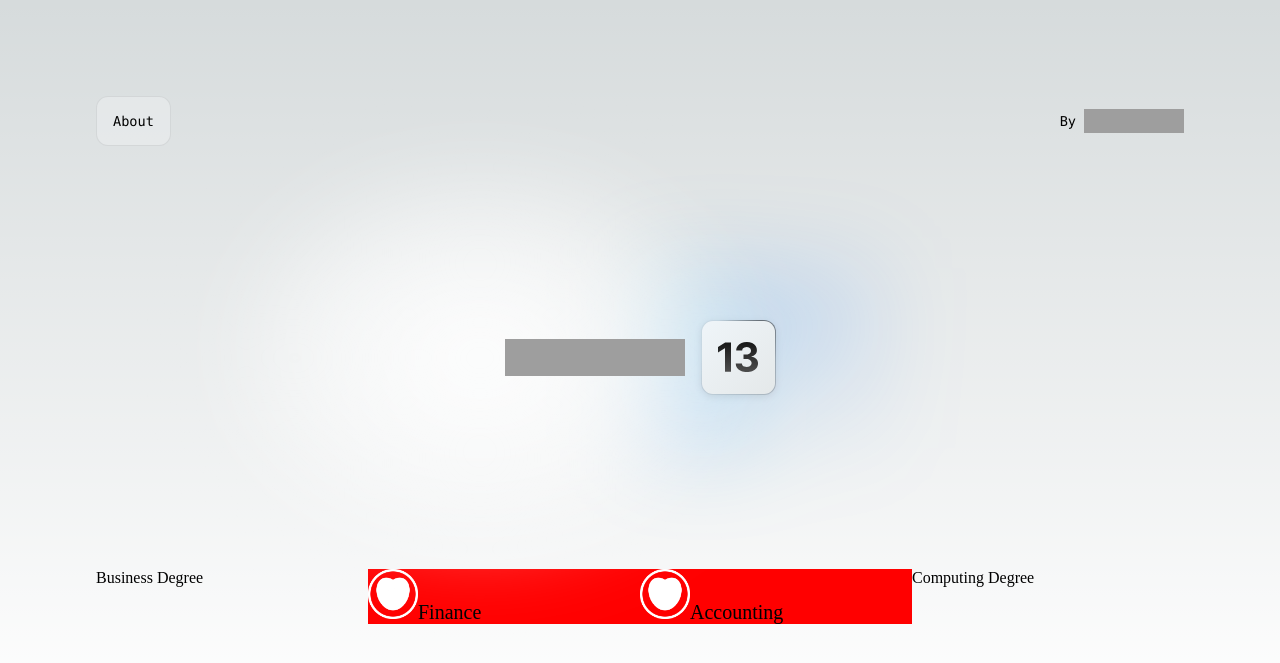
Repository: karthur1/class-example-3
Page: /
These files come from the project's save history. The page is drawn as it stood at one moment and after the next save; the edit follows.
The browser window is 1280 px wide. The pictures show the whole page.
Pictures or frames that could not be fetched are drawn as grey boxes. The project was rebuilt for these pictures with package versions that can differ from the ones it lists, and the page was loaded fresh each time. The framework's server and built-in components were replaced by stand-ins that run in the browser. Also part of the build but not shown: next.config.js.

Above is the page before, as saved 2023-01-20 23:26:38.

After the next save:
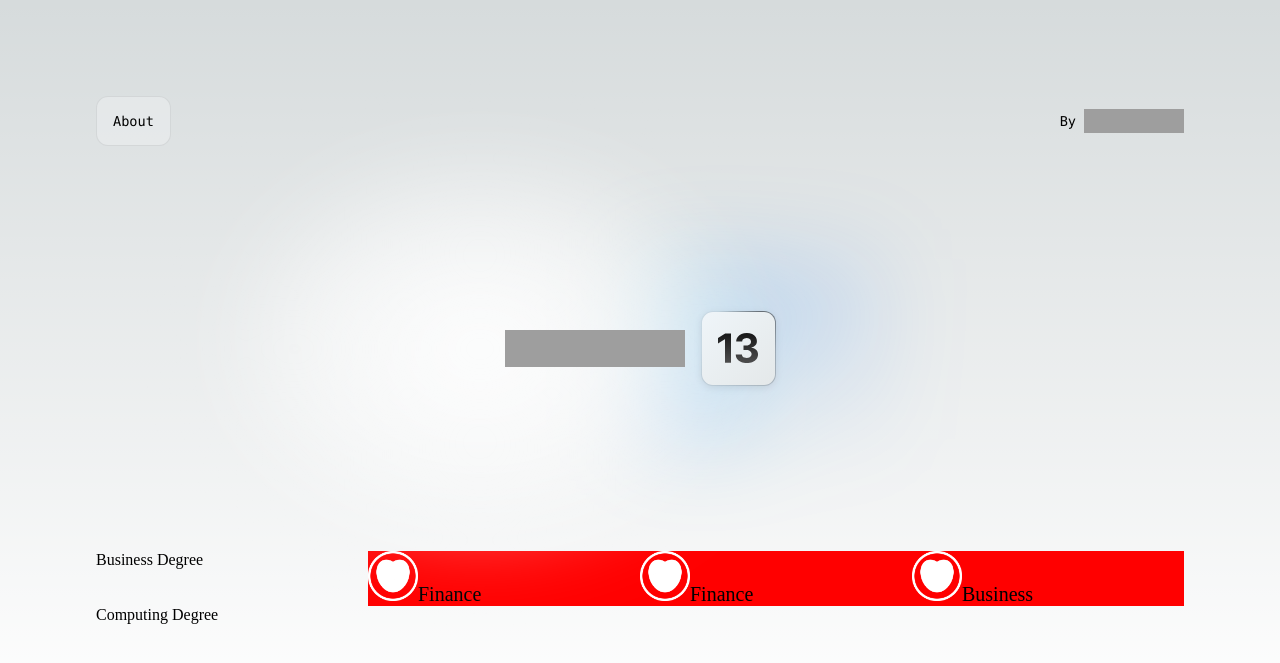
Saved 38 s later.
--- a/pages/index.js
+++ b/pages/index.js
@@ -2,7 +2,7 @@
 import Image from 'next/image'
 import { Inter } from '@next/font/google'
 import styles from '@/styles/Home.module.css'
-import data from '../data/education.json'
+import data from '../data/employees.json'
 import {useState} from 'react'
 import Card from '../components/Card'
 import Link from 'next/link'
